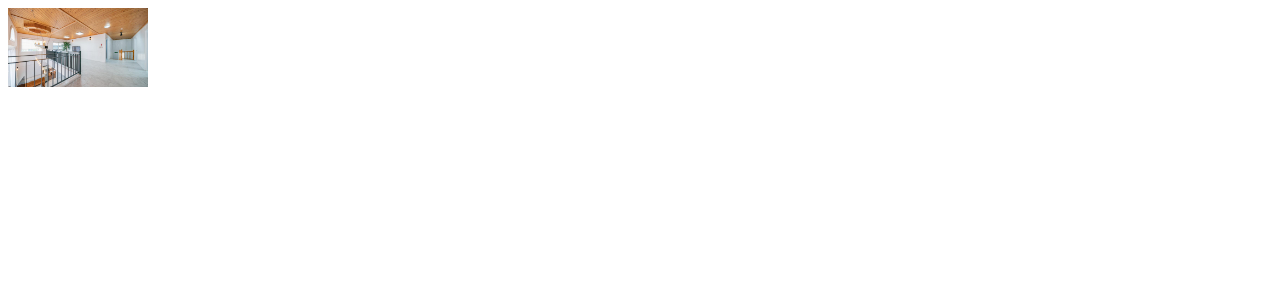
Repository: balsohn/adminshop
Page: http://localhost/jquery/0805/showHide.jsp
An editor plug-in stored every save of this project. The page is shown before and after the next save, followed by the edit.
The browser window is 1280 px wide. The pictures show the whole page.
The page is served by Tomcat 9.

Above is the page before, as saved 2024-08-20 08:07:54.

### work/jquery/src/main/webapp/0805/showHide.jsp
<%@ page language="java" contentType="text/html; charset=UTF-8"
    pageEncoding="UTF-8"%>
<!DOCTYPE html>
<html>
<head>
<meta charset="UTF-8">
<title>Insert title here</title>
<script src="https://code.jquery.com/jquery-latest.js"></script>
<script>
	$(function() {

	})
</script>
</head>
<body>
	<img src="1-1.jpg" width="140">
	<span style="font-size: 13px;">
</body>
</html>

After the next save:
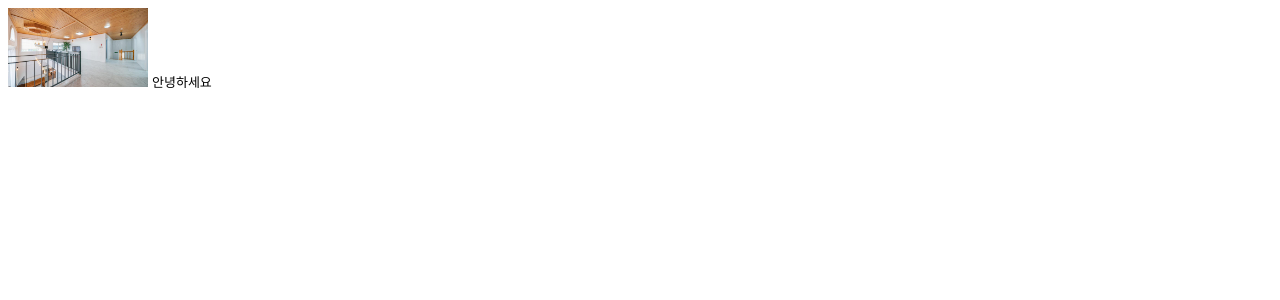
Saved 5 s later.
--- a/work/jquery/src/main/webapp/0805/showHide.jsp
+++ b/work/jquery/src/main/webapp/0805/showHide.jsp
@@ -14,6 +14,6 @@
 </head>
 <body>
 	<img src="1-1.jpg" width="140">
-	<span style="font-size: 13px;">
+	<span style="font-size: 13px;">안녕하세요</span>
 </body>
 </html>
